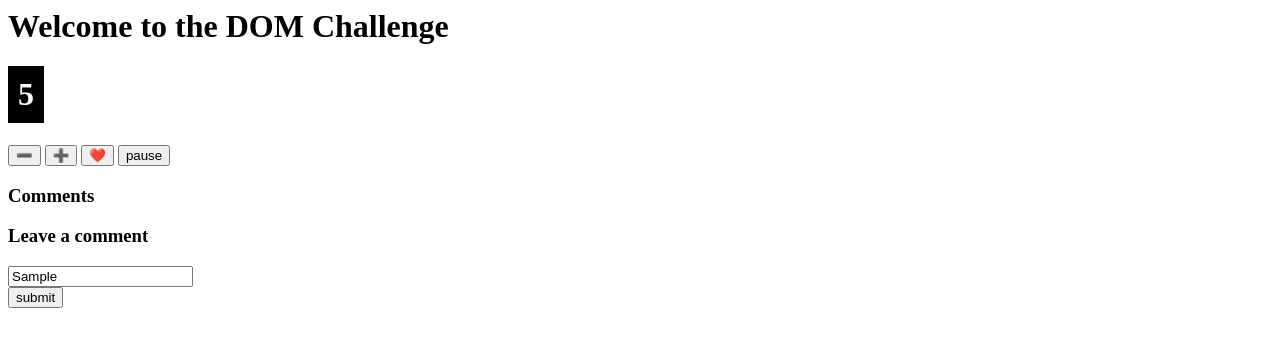
Repository: learn-co-students/jsdom-dom-challenge-onl01-seng-pt-012120
Page: index.html
An editor plug-in stored every save of this project. The page is shown before and after the next save, followed by the edit.
The browser window is 1280 px wide. The pictures show the whole page.
Empty fields were first filled with sample values (such as "Sample", 5 or name@example.com).
After loading, the first visible `#pause` was clicked once.

Above is the page before, as saved 2020-08-03 10:36:54.

After the next save:
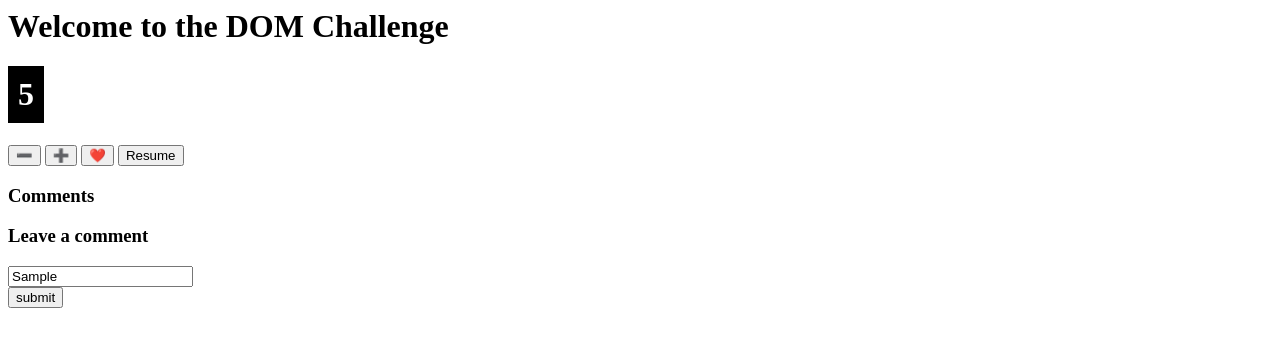
Saved 28 s later.
--- a/js/challenge.js
+++ b/js/challenge.js
@@ -74,7 +74,7 @@ document.addEventListener('DOMContentLoaded', () =>{
        if (timing){
            timing=!1;
            clearInterval(interval);
-           this.innerText='Resume';
+           pause.innerText='Resume';
         }else{
             debugger;
             timing=!0;
